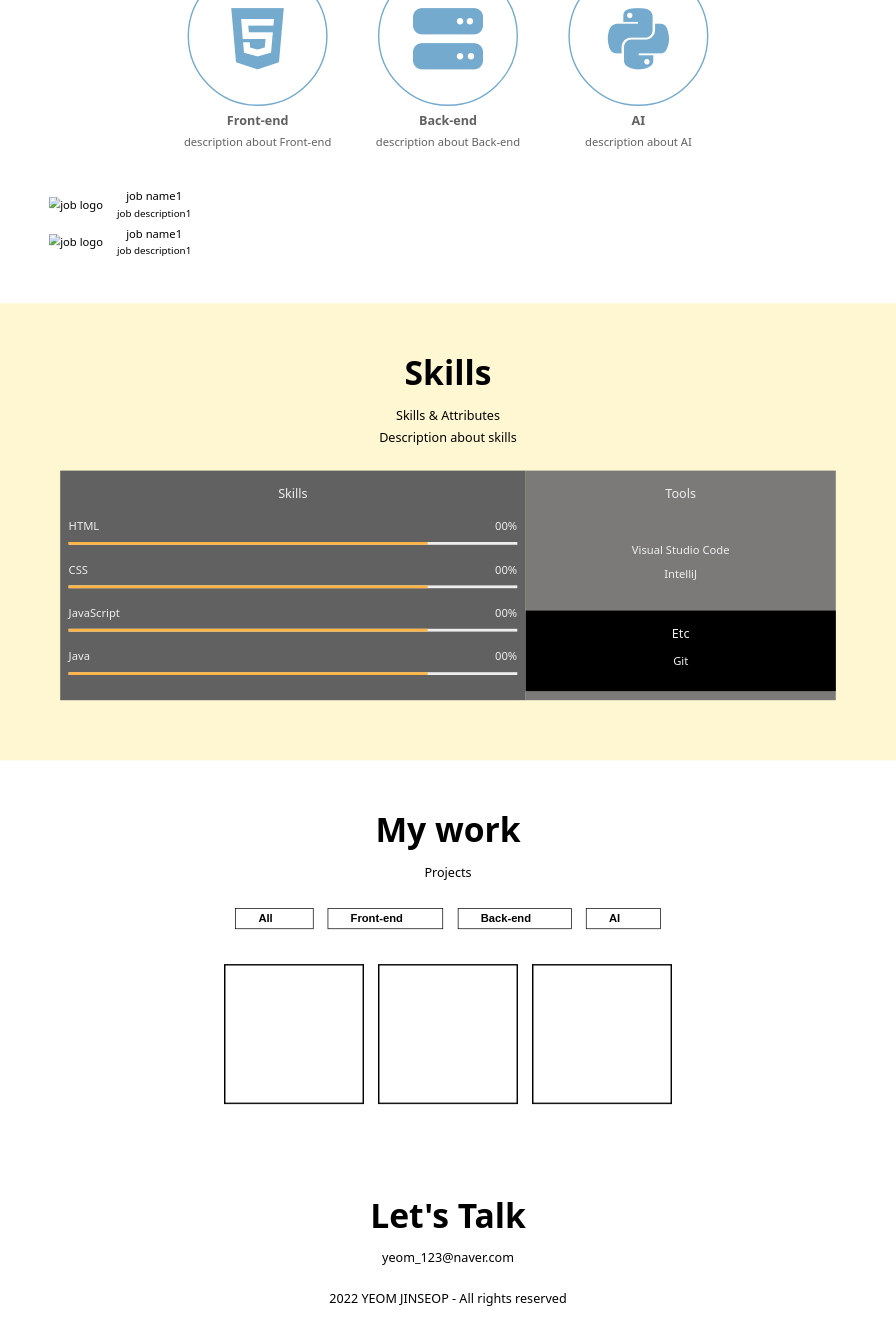
Repository: YEOMJINSEOP/yeomjinseop.github.io
Page: index.html
The author's editor kept a copy of each file at every save. The page is drawn from the files as they stood at one save, then again after the next save.
The browser window is 1280 px wide. The pictures show the part of the page from y = 876 to 2796 px (the page is 2796 px tall), at 70% of full size.
Some web libraries are served in a nearby version.

Above is the page before, as saved 2022-08-14 20:57:20.

### index.html
<!DOCTYPE html>
<html lang="en">
<head>
  <meta charset="UTF-8">
  <meta http-equiv="X-UA-Compatible" content="IE=edge">
  <meta name="viewport" content="width=device-width, initial-scale=1.0">
  <title>Jinseop's Portfolio</title>
  <meta name="author" content="Jinseop Yeom">
  <meta name="description" content="Portfolio Website For Jinseop Yeom">

  <!--Logo Image-->
  <link rel="icon" type="image/png" href="images/favicon.png">


  <!--Font Awesome-->
  <script src="https://kit.fontawesome.com/d24b25bb21.js" crossorigin="anonymous"></script>

  <!--Google Fonts-->
  <link rel="preconnect" href="https://fonts.googleapis.com">
  <link rel="preconnect" href="https://fonts.gstatic.com" crossorigin>
  <link href="https://fonts.googleapis.com/css2?family=Open+Sans:wght@400;600;700&display=swap" rel="stylesheet">

  <!--CSS-->
  <link rel="stylesheet" href="style.css">

  <!--JavaScript-->
  <script src="main.js" defer></script>

</head>
<body>
  <!--Navbar-->
  <nav id="navbar">
    <div class="navbar__logo">
      <i class="fa-solid fa-utensils"></i>
      <a href="#">Yeom JinSeop</a>
    </div>
    <div>
      <ul class="navbar__menu">
        <li class="navbar__menu__item active">Home</li>
        <li class="navbar__menu__item">About</li>
        <li class="navbar__menu__item">Skill</li>
        <li class="navbar__menu__item">My work</li>
        <li class="navbar__menu__item">Testimonial</li>
        <li class="navbar__menu__item">Contact</li>
      </ul>
    </div>
  </nav>

  <!-- Home -->
  <section id="home" class="section">
    <img src="/images/whileimage.png" alt="Jinseop's image" class="home__avatar">
    <h1 class="home__title">Welcome! <br/> Jinseop's Portfolio</h1>
    <h3 class="home__description">Type Home Description Here.</h3>
    <button class="home__button">Contact Me</button>
  </section>

  <!--About-->
  <section id="about" class="section">
    <div class="section__container">
      <h1>About me</h1>
      <p>Wrtie about me here.</p>

      <div class="about__majors">
        <div class="about__majors">
        <div class="major">
          <div class="major__icon">
            <i class="fa-brands fa-html5"></i>
          </div>
          <div class="major__title">
            Front-end
          </div>
          <div class="major__description">
            description about Front-end
          </div>
        </div>

        <div class="major">
          <div class="major__icon">
            <i class="fa-solid fa-server"></i>
          </div>
          <div class="major__title">
            Back-end
          </div>
          <div class="major__description">
            description about Back-end
          </div>
        </div>


        <div class="major">
          <div class="major__icon">
            <i class="fa-brands fa-python"></i>
          </div>
          <div class="major__title">
            AI
          </div>
          <div class="major__description">
            description about AI
          </div>
        </div>
      </div>
    </div>

      <div class="about__jobs">
        <div class="job">
          <img src="" alt="job logo" class="job__logo">
          <div class="job__info">
            <p class="job__name">job name1</p>
            <p class="job__description">job description1</p>
          </div>
        </div>
        <div class="job">
          <img src="" alt="job logo" class="job__logo">
          <div class="job__info">
            <p class="job__name">job name1</p>
            <p class="job__description">job description1</p>
          </div>
        </div>
      </div>
    </div>
  </section>

  <!--Skills-->
  <section id="skills" class="section">
    <div class="section__container">
      <h1>Skills</h1>
    <h3>Skills & Attributes</h3>
    <p>Description about skills</p>
    <div class="skillset">
      <div class="skillset__left">
        <h3 class="skillset__title">Skills</h3>
        <div class="skill">
          <div class="skill__description">
            <span>HTML</span>
            <span>00%</span>
          </div>

          <div class="skill__bar">
            <div class="skill__value"></div>
          </div>
        </div>

        <div class="skill">
          <div class="skill__description">
            <span>CSS</span>
            <span>00%</span>
          </div>

          <div class="skill__bar">
            <div class="skill__value"></div>
          </div>

          <div class="skill">
            <div class="skill__description">
              <span>JavaScript</span>
              <span>00%</span>
            </div>

            <div class="skill__bar">
              <div class="skill__value"></div>
            </div>
          </div>
        </div>

        <div class="skill">
          <div class="skill__description">
            <span>Java</span>
            <span>00%</span>
          </div>

          <div class="skill__bar">
            <div class="skill__value"></div>
          </div>
        </div>
      </div>

      <div class="skillset__right">
        <div class="tools">
          <h3 class="skillset__title">Tools</h3>
          <ul class="tools__list">
            <li><span>Visual Studio Code</span></li>
            <li><span>IntelliJ</span></li>
          </ul>
        </div>

        <div class="etc">
          <h3 class="skillset__title">Etc</h3>
          <ul class="etc__list">
            <li><span>Git</span></li>
          </ul>
        </div>
      </div>
    </div>
    </div>
  </section>

  <!--Work-->
  <section id="work" class="section">
    <h1>My work</h1>
    <h3>Projects</h3>
    <div class="work__categories">
      <button class="category__btn">All<span class="category__count">3</span></button>
      <button class="category__btn">Front-end<span class="category__count">1</span></button>
      <button class="category__btn">Back-end<span class="category__count">1</span></button>
      <button class="category__btn">AI<span class="category__count">1</span></button>
    </div>

    <div class="work__projects">
      <a href="#" class="project" target="blank">
        <img src="images/whileimage.png" alt="project image" class="project__image">
        <div class="project__description">
          <h3>Project Name</h3>
          <span>Description about Project</span>
        </div>
      </a>

      <a href="#" class="project" target="blank">
        <img src="images/whileimage.png" alt="project image" class="project__image">
        <div class="project__description">
          <h3>Project Name</h3>
          <span>Description about Project</span>
        </div>
      </a>

      <a href="#" class="project" target="blank">
        <img src="images/whileimage.png" alt="project image" class="project__image">
        <div class="project__description">
          <h3>Project Name</h3>
          <span>Description about Project</span>
        </div>
      </a>
    </div>
  </section>

  <!--Testimonial-->
  <!-- <section id="testimonial" class="section">
    <h1>Testimonial</h1>
    <h3>See What They Say About Me</h3>
    <div class="testimonials">
      <div class="testimonial">
        <img src="" alt="Person Image" class="testimonial__avatar">
        <div class="testimonial__speech_bubble">
          <p>Recommendation Talk Here.</p>
          <p class="name"><a href="#">Professor A</a></p>
        </div>
      </div>

      <div class="testimonial">
        <img src="" alt="Person Image" class="testimonial__avatar">
        <div class="testimonial__speech_bubble">
          <p>Recommendation Talk Here.</p>
          <p class="name"><a href="#">Professor A</a></p>
        </div>
      </div>
    </div>
  </section> -->

  <!--Contact-->
  <section id="contact" class="section">
    <h1>Let's Talk</h1>
    <h3>yeom_123@naver.com</h3>
    <div class="contact_links">
      <a href="#" target="blank">
        <i class = "fab fa-github"></i>
      </a>

      <a href="#" target="blank">
        <i class = "fa fa-linkedin-square"></i>
      </a>
    </div>
    <p class="contact_rights">
      2022 YEOM JINSEOP - All rights reserved
    </p>
  </section>
</body>
</html>

### style.css
 /* Global */

 :root{
  /* Color */
  --color-white: #ffffff;
  --color-light-white: #eeeeee;
  --color-dark-whtie: #bdbdbd;
  --color-pink: #fe918d;
  --color-dark-pink: #ff6863;
  --color-deep-pink: #FF8ACA;
  --color-black: #4d4d4d;
  --color-grey: #616161;
  --color-light-gray: #7c7979;
  --color-blue: #73aace;
  --color-yellow: #fff7d1;
  --color-light-yellow: #FBFAE2;
  --color-orange: #feb546;
  --color-black: #000000;
  --color-yellow-green: #BEEBA9;
  --color-sky-blue: #A9D7EB;
  --color-deep-blue: #4280EB;
  --color-dark-deep-blue: #627BA3;

  /* Font size */
  --font-large: 48px;
  --font-medium: 28px;
  --font-regular: 18px;
  --font-small: 16px;
  --font-micro: 14px;


  /* Font Weight */
  --weight-bold: 700;
  --weight-semi-bold: 600;
  --weight-regular: 400;

  /* Size */
  --size-border-radius: 4px;

  /* Animation */
  --animation-duration: 300ms;

 }

 /* Universal tages */
 * {
  box-sizing: border-box;
 }

 body{
  margin: 0;
  font-family:system-ui, -apple-system, BlinkMacSystemFont, 'Segoe UI', Roboto, Oxygen, Ubuntu, Cantarell, 'Open Sans', 'Helvetica Neue', sans-serif;
  cursor: default;
}

 a{
  text-decoration: none;
  color: var(--color-white);
 }

 ul{
  list-style: none;
  padding-left: 0;
 }

 button{
  background-color: transparent;
  border: none;
  cursor: pointer;
 }



 /* Typography */

 h1{
  font-size: var(--font-large);
  font-weight: var(--weight-bold);
  color: var(--color-black);
  margin: 16px 0;
 }

 h2{
  font-size: var(--font-medium);
  font-weight: var(--weight-semi-bold);
  color: var(--color-black);
  margin: 8px 0;
 }

 h3{
  font-size: var(--font-regular);
  font-weight: var(--weight-regular);
  color: var(--color-black);
  margin: 8px 0;
 }

 p{
  font-size: var(--font-regular);
  font-weight:  var(--font-regular);
  color: var(--color-black);
  margin: 4px 0;
 }

 /* Body  */

 /* Nav */
 #navbar{
  display: flex;
  justify-content: space-between;
  align-items: center;
  background-color: var(--color-deep-blue);
  color: var(--color-white);
  padding: 16px;
 }

 .navbar__logo{
  font-size: var(--font-medium);
  font-weight: var(--weight-semi-bold);
  padding: 8px 12px;
 }

 .navbar__menu{
  display: flex;
  font-size: var(--font-small);
  font-weight: var(--weight-regular);
 }

 .navbar__menu__item.active{
  border: 1px solid white;
 }

 .navbar__menu__item{
  padding: 8px 12px;
  margin: 0 4px;
  border-radius: var(--size-border-radius);
  cursor: pointer;
 }

 .navbar__menu__item:hover{
  background-color: var(--color-dark-deep-blue);
 }

 /* Home */

 #home{
  background-color: var(--color-sky-blue);
  background-position: center;
  background-repeat: no-repeat;
  background-size: cover;
  padding: 40px;
  text-align: center;
 }

 .home__avatar{
  border: 2px solid var(--color-white);
  border-radius: 50%;
  width: 200px;
  height: 200px;
 }

 .home__title,
 .home__description{
  font-size: var(--font-medium);
  color: var(--color-white);
  padding: 4px;
 }

 .home__button{
  border: 1px solid var(--color-white);
  padding: 8px 12px;
  margin-top: 8px;
  color: var(--color-white);
 }

.home__button:hover{
  background-color: var(--color-deep-blue);
}

/* Section Common */
.section{
  padding: 50px;
  text-align: center;
}

.section__contatiner{
  max-width: 1200px;
}

/* About */

.about__majors{
  display: flex;
  justify-content: center;
  margin: 8px 12px;
  padding: 12px;
}

.major{
  margin: 8px 24px;
}

.major__icon{
  height: 200px;
  width: 200px;
  font-size: 100px;
  line-height: 200px;
  border: 2px solid var(--color-blue);
  border-radius: 50%;
  color: var(--color-blue);
  margin: 8px 12px;
  transition: all var(--animation-duration) linear;
}

.major__icon:hover{
  color: var(--color-orange);
  border-color: var(--color-orange);
}

.major__icon:hover i{
  transform: scale(120%);
}


.major__title {
  font-size: var(--font-regular);
  font-weight: var(--weight-semi-bold);
  color:var(--color-grey);
  margin: 8px;;
}

.major__description{
  font-size: var(--font-small);
  color: var(--color-grey);
}

.about__jobs{
  margin: 12px 0;
}

.job{
  display: flex;
  align-items: center;
}

.job__logo{
  padding: 8px;
  margin: 4px 12px;
}

.job__name{
  font-size: var(--font-small);
}

.job__description{
  font-size: var(--font-micro);
}

/* Skill */

#skills{
  background-color: var(--color-yellow);
}
.skillset{
  display: flex;
  justify-content: center;
  margin: 12px 12px;
  padding: 24px;
  color: var(--color-light-white);
}

.skillset__left{
  padding: 12px;
  flex-basis: 60%;
  background-color: var(--color-grey);
}

.skill{
  margin: 24px 0;
}

.skill__description{
  display: flex;
  justify-content: space-between;
}

.skillset__title{
  color: var(--color-light-white);
  margin: 8px 0;
}

.skill__bar{
  width: 100%;
  height: 4px;
  background-color: var(--color-light-white);
  margin: 12px 0;
}

.skill__value{
  width: 80%;
  /* width는 html에 style로 넣어서 각각 지정하기! */
  height: 4px;
  background-color: var(--color-orange);
}


.skillset__right{
  flex-basis:40%;
  background-color: var(--color-light-gray);
}

.tools{
  padding: 12px;
  height:200px;
}

.tools__list{
  padding: 30px 0;
}

.tools__list li{
  margin: 12px;
}


.etc{
  background-color: var(--color-black);
  height: 115px;
  padding: 12px;
}

/* Work */

.work__categories{
  margin: 24px 0 ;
  padding: 12px 0;
}

.category__btn{
  border: 1px solid var(--color-black);
  background-color: var(--color-white);
  padding: 4px 32px;
  margin: 4px 8px;
  font-size: var(--font-small);
  font-weight: var(--weight-semi-bold);
}

.category__btn:hover {
  background-color: var(--color-light-white);
}

.category__btn:hover .category__count{
  opacity: 1;
  transform: translateY(0);
}

.category__count{
  width:  20px;
  height: 20px;
  line-height: 20px;
  color: var(--color-white);
  margin-left: 5px;
  background-color: var(--color-orange);
  display: inline-block;
  border-radius: 50%;
  opacity: 0;
  transition: all var(--animation-duration) ease-in;
  transform: translateY(-10px);
}

.work__projects{
  display: flex;
  flex-wrap:wrap;
  align-items: center;
  justify-content: center;
}

.project__image{
  width: 100%;
  height: 100%;
}

.project{
  position: relative;
  width: 200px;
  height: 200px;
  margin: 10px;
}

.project__description{
  position: absolute;
  top:0px;
  left:0px;
  background-color: var(--color-grey);
  width: 100%;
  height: 100%;
  display: flex;
  flex-direction: column;
  justify-content: center;
  opacity: 0;
  transition: all var(--animation-duration) ease-in;
  transform: translateY(-10px);
}

.project__description h3{
  color: var(--color-white);
}

.project__description h3:after{
  content: " ";
  display: block;
  position: relative;
  left: 50%;
  width: 20px;
  height: 2px;
  margin-top: 8px;
  margin-left: -8px;
  background-color: var(--color-white);
}

.project__description:hover{
  opacity: 0.8;
  transform: translateY(0);
}

/* Contact */

Loaded but not shown: main.js (no copy from this time; the picture is the same without it)

After the next save:
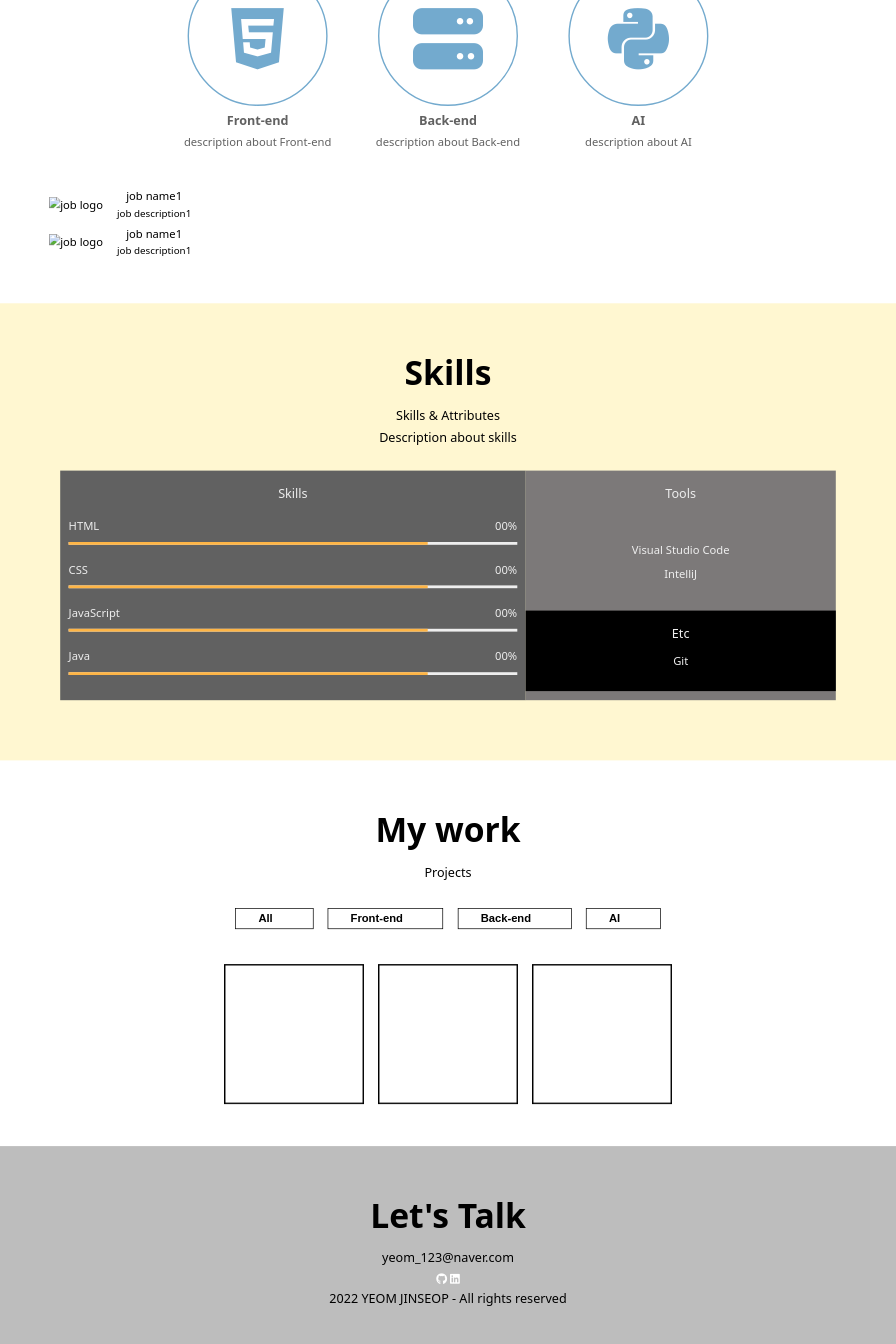
Saved 6 min 10 s later.
--- a/style.css
+++ b/style.css
@@ -423,3 +423,7 @@
 }
 
 /* Contact */
+
+#contact{
+  background-color: var(--color-dark-whtie);
+}

After the save that followed:
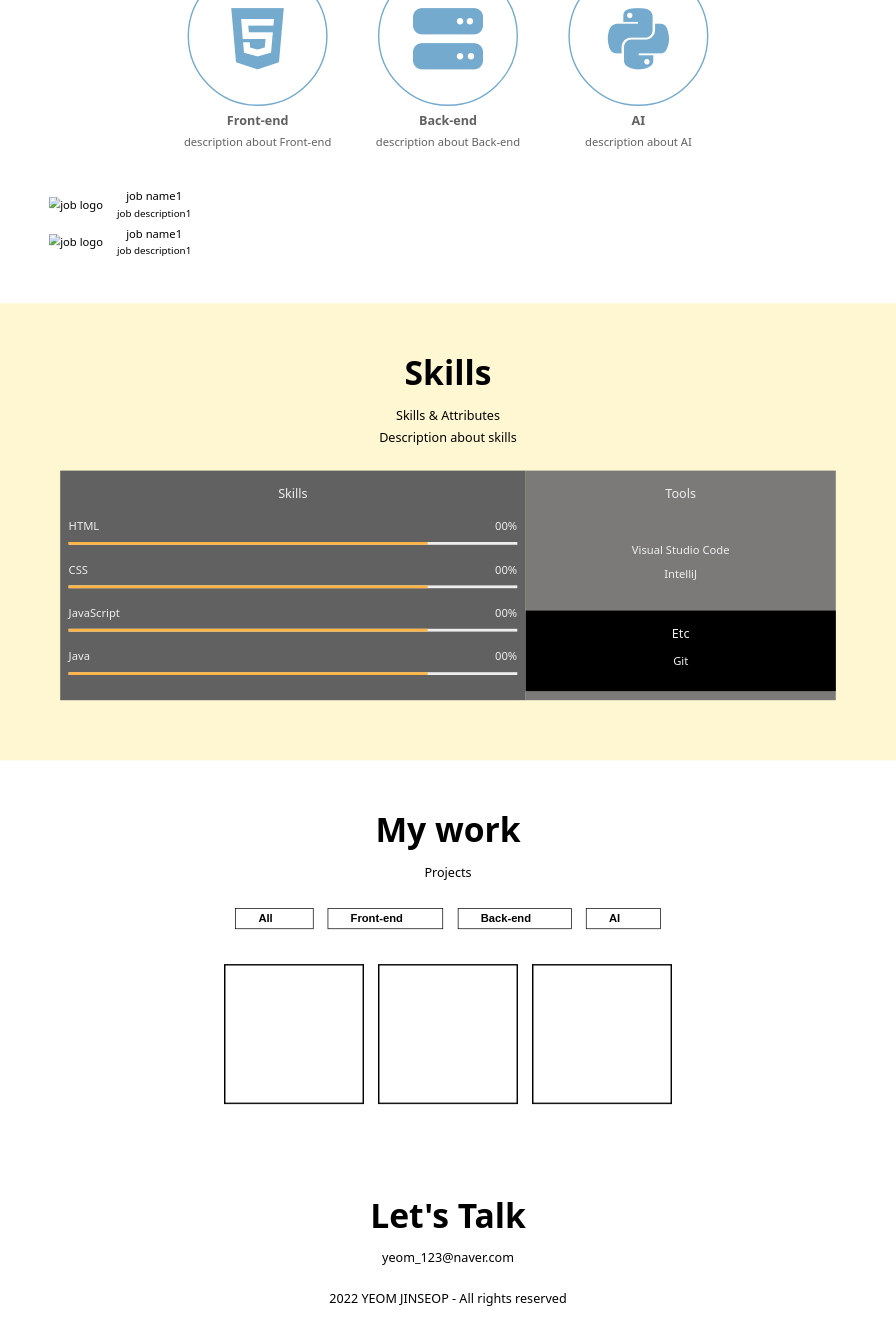
Saved 14 s later.
--- a/style.css
+++ b/style.css
@@ -4,7 +4,7 @@
   /* Color */
   --color-white: #ffffff;
   --color-light-white: #eeeeee;
-  --color-dark-whtie: #bdbdbd;
+  --color-dark-white: #bdbdbd;
   --color-pink: #fe918d;
   --color-dark-pink: #ff6863;
   --color-deep-pink: #FF8ACA;
